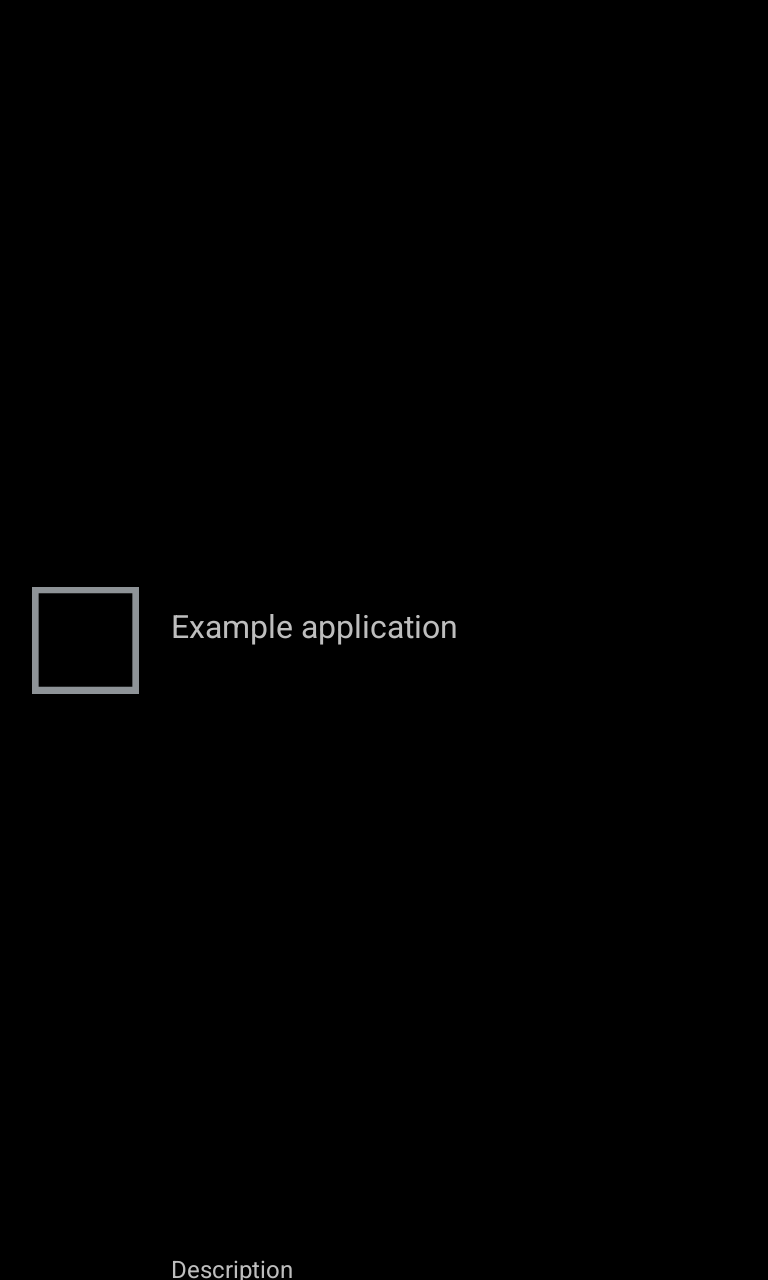
Repository: easyCZ/UoE-Projects
Layout: UG3-SELP/res/layout/sidebar_drawer.xml
An editor plug-in stored every save of this project. The layout is shown before and after the next save, followed by the edit.
It is drawn on a 768 x 1280 px phone screen (xhdpi) without system bars, with theme android:Theme.Black.NoTitleBar; the app's code is not run.

Above is the layout before, as saved 2013-12-05 17:13:57.

After the next save:
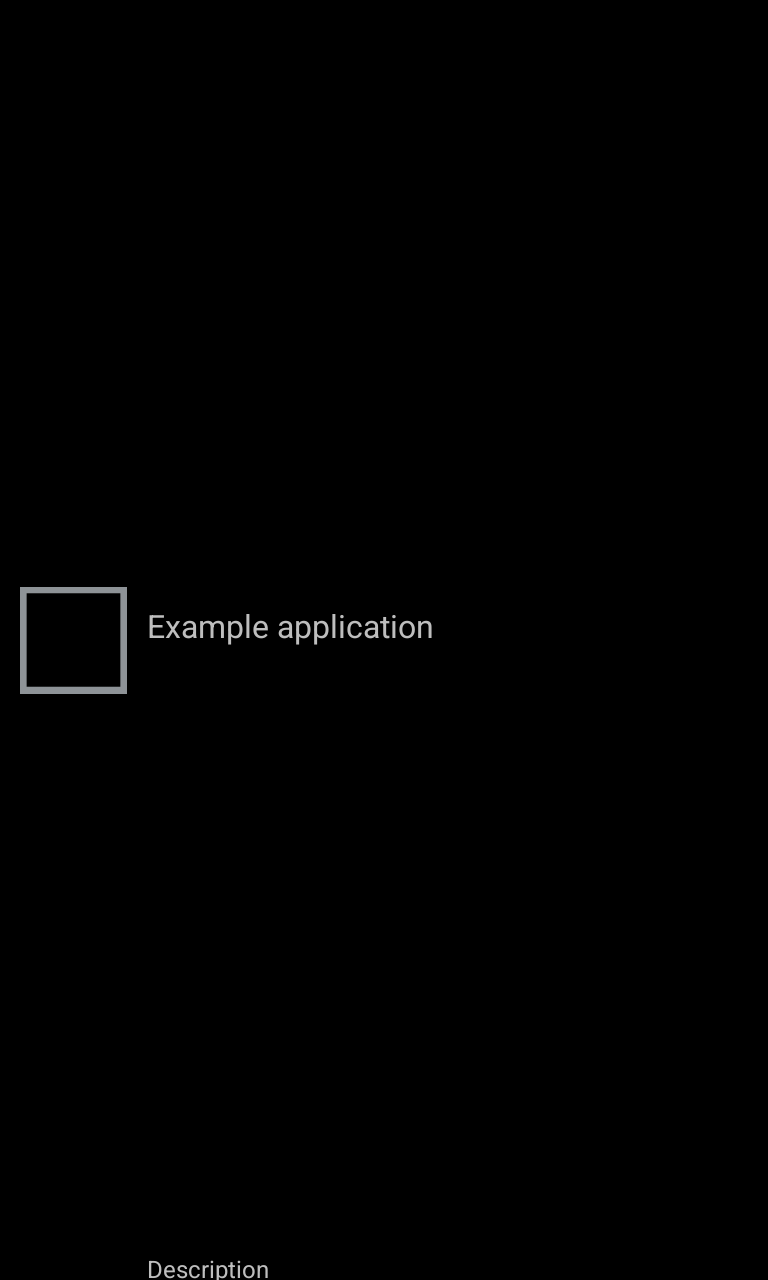
Saved 15 s later.
--- a/UG3-SELP/res/layout/sidebar_drawer.xml
+++ b/UG3-SELP/res/layout/sidebar_drawer.xml
@@ -9,8 +9,6 @@
         android:layout_height="fill_parent"
         android:layout_alignParentBottom="true"
         android:layout_alignParentTop="true"
-        android:layout_marginRight="6dp"
-        android:layout_marginLeft="6dp"
         android:contentDescription="@string/sidebarContentDesc"
         android:src="@drawable/checkbox_unchecked"
         android:padding="10dp"/>
